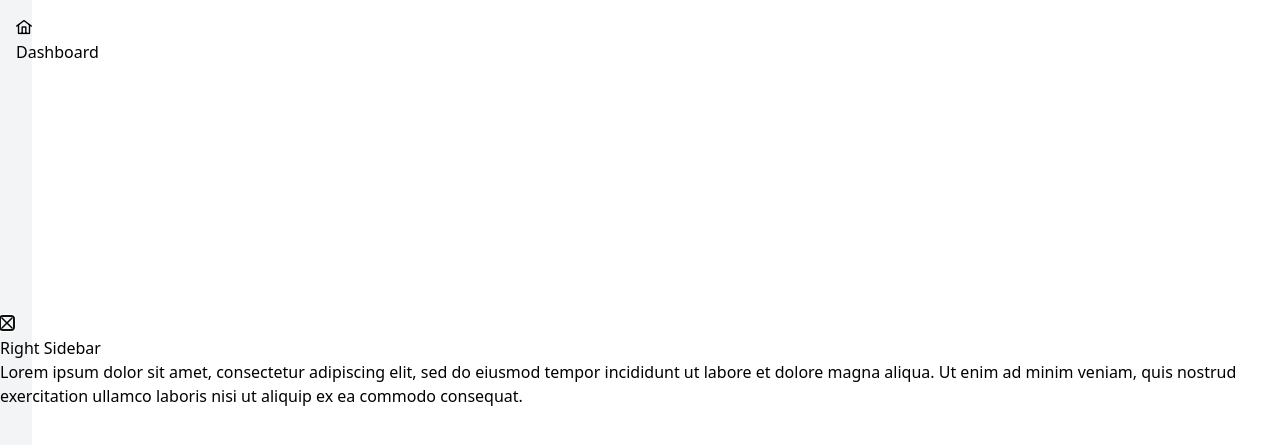
Repository: kottuzik/200apps-exercise
Page: / (app in vue-dashboard-template/)
These files come from the project's save history. The page is drawn as it stood at one moment and after a run of saves; the edit follows.
The browser window is 1280 px wide. The pictures show the whole page.
The project was rebuilt for these pictures with package versions that can differ from the ones it lists, and the page was loaded fresh each time. Also part of the build but not shown: vue-dashboard-template/vite.config.js.

Above is the page before, as saved 2025-07-11 13:53:53.

### vue-dashboard-template/index.html
<!DOCTYPE html>
<html lang="en">
  <head>
    <meta charset="UTF-8" />
    <meta name="viewport" content="width=device-width, initial-scale=1.0" />
    <title>Dashboard</title>
  </head>
  <body>
    <div id="app"></div>
    <script type="module" src="/src/main.js"></script>
  </body>
</html>

### vue-dashboard-template/src/main.js
import { createApp } from 'vue'
import PrimeVue from 'primevue/config'
import './assets/tailwind.css'
import './assets/styles.scss';
import App from './App.vue'

const app = createApp(App)
app.use(PrimeVue, { unstyled: true })
app.mount('#app')

### vue-dashboard-template/src/assets/styles.scss
@import 'primeicons/primeicons.css';

### vue-dashboard-template/src/App.vue
<script setup>
  import Button from 'primevue/button'
  import Dashboard from './views/Dashboard.vue';
</script>

<template>
<!--   <div class="p-8">
    <h1 class="text-4xl font-bold text-blue-600">Tailwind работает ✅</h1>
    <Button label="PrimeVue кнопка" class="bg-green-500 text-white px-4 py-2 rounded" />
  </div> -->
  <main class="flex">
    <Dashboard />
  </main>
</template>

### vue-dashboard-template/src/views/Dashboard.vue
<script setup>
    import DashboardSidebar from '../components/DashboardSidebar.vue';
</script>

<template>
    <div class="flex">
        <DashboardSidebar class="w-1/5 bg-gray-100 min-h-screen"/>
    </div>
</template>

### vue-dashboard-template/src/components/DashboardSidebar.vue


<template>
  <aside class="p-4 bg-gray-100 min-h-screen">
    <Sidebar v-model:visible="visibleLeft" position="left" @hide="visibleLeft = false">
        <h3>Right Sidebar</h3>
        <p>
            Lorem ipsum dolor sit amet, consectetur adipiscing elit, sed do eiusmod tempor incididunt ut labore et dolore magna aliqua.
            Ut enim ad minim veniam, quis nostrud exercitation ullamco laboris nisi ut aliquip ex ea commodo consequat.
        </p>
    </Sidebar>
    <Menu :model="items" />
  </aside>
</template>


<script>
/*  import { ref } from 'vue';

    const visible = ref(false) */

import Button from 'primevue/button';
import Sidebar from 'primevue/sidebar';
import Menu from 'primevue/menu';

export default {
  components: {
    Button,
    Sidebar,
    Menu
  },
  data() {
    return {
      visibleLeft: true,
      items: [
        {
          label: 'Dashboard',
          icon: 'pi pi-home',
          to: '/'
        }
      ]
    }
  }
}
</script>

Loaded but not shown: vue-dashboard-template/src/assets/tailwind.css (common file); vue-dashboard-template/tailwind.config.js (common file)

After the next 3 saves:
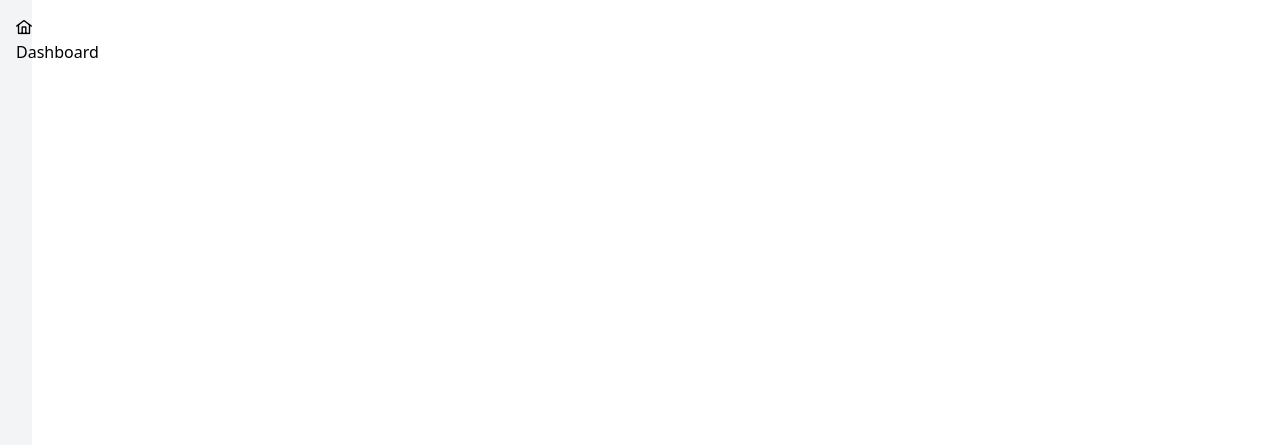
The 3 saves are shown as one change because they came seconds apart.
The last was saved 77 s later.
--- a/vue-dashboard-template/src/components/DashboardSidebar.vue
+++ b/vue-dashboard-template/src/components/DashboardSidebar.vue
@@ -2,7 +2,7 @@
 
 <template>
   <aside class="p-4 bg-gray-100 min-h-screen">
-    <Sidebar v-model:visible="visibleLeft" position="left" @hide="visibleLeft = false">
+    <Sidebar >
         <h3>Right Sidebar</h3>
         <p>
             Lorem ipsum dolor sit amet, consectetur adipiscing elit, sed do eiusmod tempor incididunt ut labore et dolore magna aliqua.

After the save that followed:
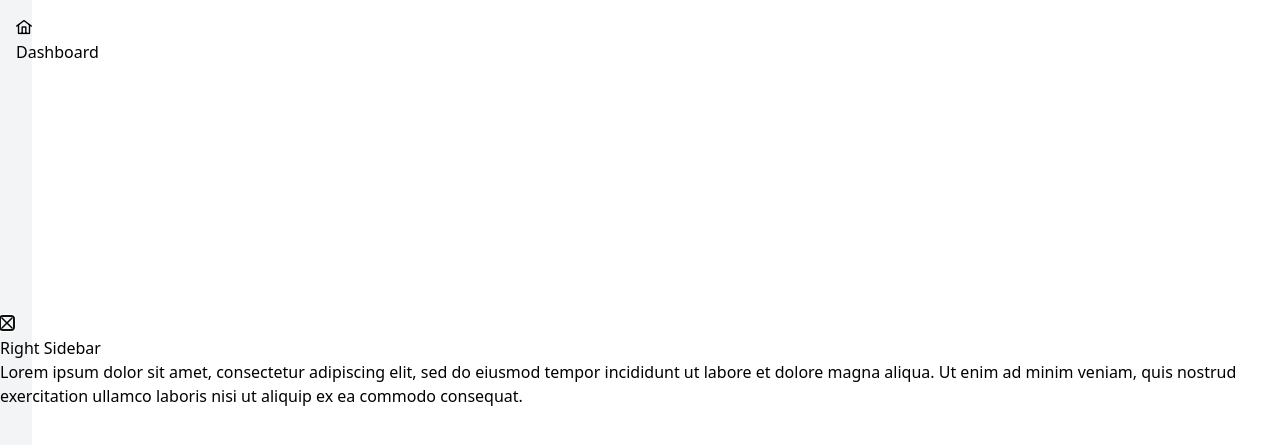
Saved 4 s later.
--- a/vue-dashboard-template/src/components/DashboardSidebar.vue
+++ b/vue-dashboard-template/src/components/DashboardSidebar.vue
@@ -2,7 +2,7 @@
 
 <template>
   <aside class="p-4 bg-gray-100 min-h-screen">
-    <Sidebar >
+    <Sidebar v-model:visible="visibleLeft" position="left" @hide="visibleLeft = false">
         <h3>Right Sidebar</h3>
         <p>
             Lorem ipsum dolor sit amet, consectetur adipiscing elit, sed do eiusmod tempor incididunt ut labore et dolore magna aliqua.
